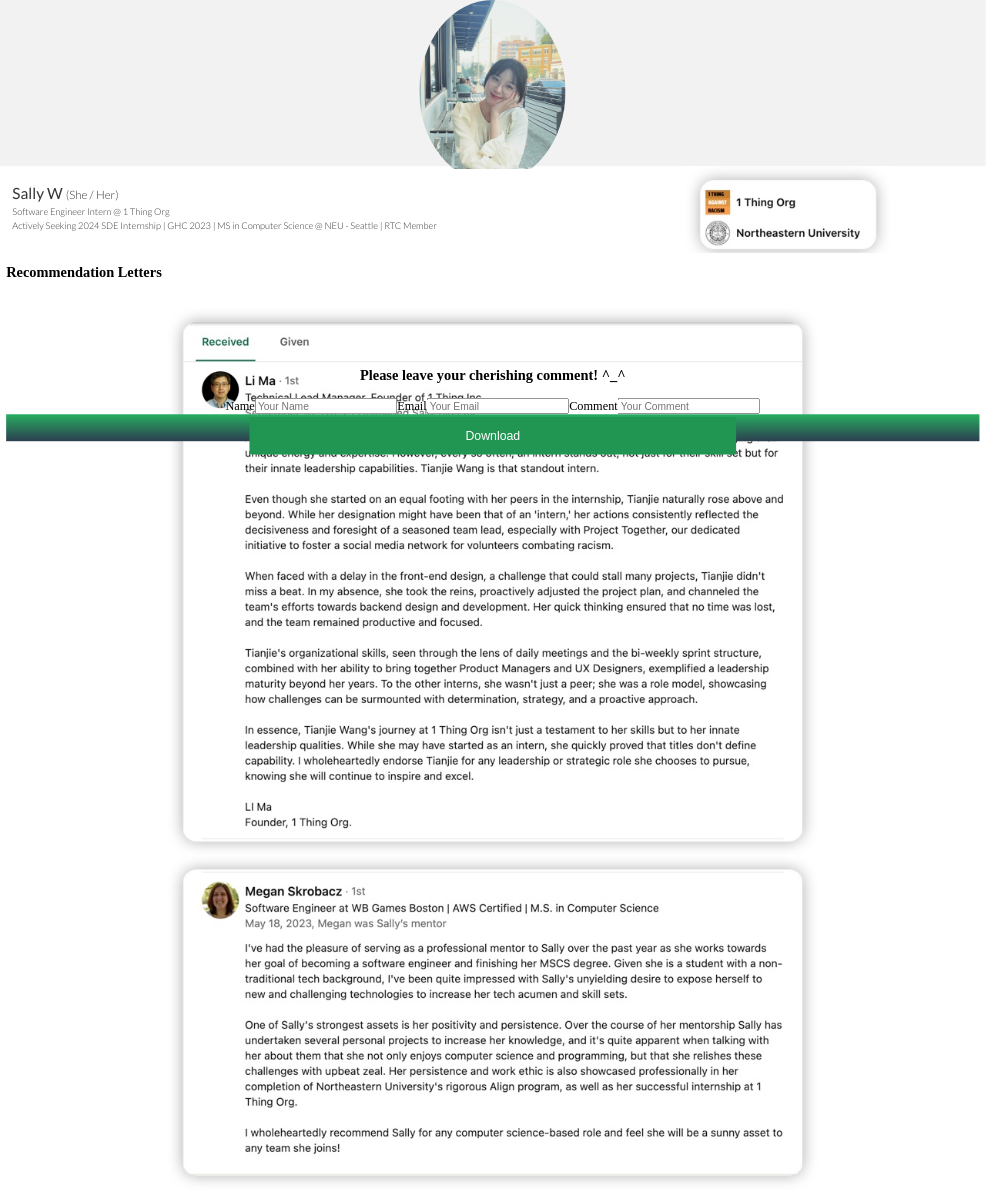
Repository: tianjiewang2022/digital-namecard
Page: recommendation_page.html
These files come from the project's save history. The page is drawn as it stood at one moment and after the next save; the edit follows.
The browser window is 1280 px wide. The pictures show the whole page, at 77% of full size.
Some web fonts or font styles are not loaded; a fallback is used.

Above is the page before, as saved 2023-10-16 01:47:06.

### recommendation_page.html
<!DOCTYPE html>
<html>

    <head>
        <link rel="stylesheet" href="main.css">
        <link href='https://fonts.googleapis.com/css?family=Lato:200,300,400,700' rel='stylesheet' type='text/css'>
        <link href="https://fonts.googleapis.com/css?family=Muli:200,300" rel="stylesheet">
        <meta name="viewport" content="width=device-width, initial-scale=1, shrink-to-fit=no">
    </head>

    <body>
        <section class="bg-color-grey banner">
            <div class="container">
                <div class="row">
                    <div class="col"></div>
                    <div class="col is-5">
                        <img class="profile-pic" src="E4CDA194-B414-4D9C-A781-2C7693C33BDE.JPG" alt="Profile Picture">
                    </div>
                    <div class="col"></div>
                </div>
            </div>
        </section>

        <section class="bg-color-white primary-info">
            <div class="container">
                <div class="row name-title-company">
                    <div class="col is-6">
                        <p class="text-name">Sally W <span>(She / Her)</span></p>
                        <p class="text-title-company">Software Engineer Intern @ 1 Thing Org</p>
                        <p class="text-title-company">Actively Seeking 2024 SDE Internship | GHC 2023 | MS in Computer
                            Science @ NEU - Seattle | RTC Member</p>
                    </div>
                    <div class="col">
                        <img src="iShot_2023-09-12_11.27.03.jpg" alt="Company Logo">
                    </div>
                </div>
            </div>
        </section>
        <section class="bg-color-white secondary-info">
            <div class="container">
                <h3>Recommendation Letters</h3>
            </div>
        </section>

        <section class="bg-color-white secondary-info">
            <div class="image-container">
                <img src="Recommendation_Manager.jpg" alt="Recommendation from Manager">
                <img src="Recommendation_Mentor.jpg" alt="Recommendation from Mentor">
            </div>
        </section>

        <section class="bg-color-white secondary-info">
            <div class="container table-container">
                <h3>Please leave your cherishing comment! ^_^</h3>
                <table>
                    <label for="name">Name</label>
                    <input type="text" id="name" name="name" placeholder="Your Name">

                    <label for="email">Email</label>
                    <input type="email" id="email" name="email" placeholder="Your Email">

                    <label for="message">Comment</label>
                    <input type="text" id="message" name="message" placeholder="Your Comment">

                    <button type="submit">Submit</button>
                </table>
            </div>
        </section>

        <section class="bg-color-white bottom">
            <div class="container">
                <div class="row">
                    <div class="col"></div>
                    <div class="col is-5">
                        <div class="button">
                            <a href="user.vcf">
                                <p class="button">Download</p>
                            </a>
                        </div>
                    </div>
                    <div class="col"></div>
                </div>
            </div>
        </section>

    </body>

</html>

### main.css
html,
body {
	height: 100%;
	width: 100%;
	margin: 0;
	justify-content: center;
}

section {
	display: block;
	padding-left: 0.5rem;
	padding-right: 0.5rem;
	height: auto;
}

p {
	margin: 0.25rem !important;
}

a {
	text-decoration: none;
}

img {
	display: block;
	margin-left: auto;
	margin-right: auto;
	max-height: 100%;
	max-width: 100%;
	height: auto;
	width: auto;
	object-fit: contain;
}

img.profile-pic {
	height: 30%;
	width: 30%;
	object-fit: cover;
	border-radius: 50%;
}

.container {
	margin: 0 auto;
	position: relative;
	height: 100%;
}

.row {
	display: flex;
	justify-content: center;
	align-items: center;
	flex-wrap: nowrap;
	flex-direction: row;
	position: relative;
	height: 100%;
	width: 100%;
}

.col {
	display: block;
	flex-basis: 0;
	flex-grow: 1;
	flex-shrink: 1;
	margin: 0;
	padding: 0.25rem;
	max-width: 100%;
	max-height: 100%;
	overflow: auto;
}

.col.is-1 {
	flex: none;
	width: 10%;
}

.col.is-2 {
	flex: none;
	width: 20%;
}

.col.is-3 {
	flex: none;
	width: 30%;
}

.col.is-4 {
	flex: none;
	width: 40%;
}

.col.is-5 {
	flex: none;
	width: 50%;
}

.col.is-6 {
	flex: none;
	width: 60%;
}

.col.is-7 {
	flex: none;
	width: 70%;
}

.col.is-8 {
	flex: none;
	width: 80%;
}

.col.is-9 {
	flex: none;
	width: 90%;
}

.col.is-10 {
	flex: none;
	width: 100%;
}

.name-title-company {
	height: 100%;
}

.banner {
	height: 30%;
}

.primary-info {
	height: 15%;
}

.secondary-info {
	height: 8%;
}

.bg-color-grey {
	background-color: #F2F2F2;
}

.bg-color-white {
	background-color: white;
}

.text-name {
	font-family: 'Lato', sans-serif;
	font-weight: 400;
	color: #333333;
	font-size: 20px;
}

.text-name span {
	font-family: 'Lato', sans-serif;
	font-weight: 200;
	color: #333333;
	font-size: 15px;
}

.text-title-company {
	font-family: 'Lato', sans-serif;
	font-weight: 200;
	color: #333333;
	font-size: 12px;
}

.text-detail {
	font-family: 'Lato', sans-serif;
	font-weight: 300;
	color: #575757;
	font-size: 12px;
}


.button {
	height: 23%;
	background-color: #219653;
	height: 48px;
	padding-left: 24px padding-right: 24px;
	text-align: center;
	vertical-align: middle;
	line-height: 48px;
	font-family: 'Muli', sans-serif;
	color: white;
	font-weight: 300;
}

@media screen and (max-width: 600px) {
	img.profile-pic {
		height: 60%;
		width: 60%;
	}
}

@media screen and (max-width: 480px) {
	img.profile-pic {
		height: 80%;
		width: 80%;
	}
}

.table-container {
	margin: 0 auto;
	/* This centers the container horizontally */
	text-align: center;
	/* This centers the contents of the container */
}


/* CSS for the Submit button */
button {
	width: 100%;
	background: linear-gradient(to bottom, #27ae60, #2c3e50);
	color: white;
	border: none;
	padding: 10px;
	cursor: pointer;
}

/* CSS for button hover effect */
button:hover {
	cursor: pointer;
}

table {
	width: 100%;
	justify-content: center;
	border-collapse: collapse;
	margin-top: 10px;
}

th,
td {
	border: 1px solid #ccc;
	padding: 10px;
	text-align: center;
}

th {
	background-color: #f2f2f2;
}

After the next save:
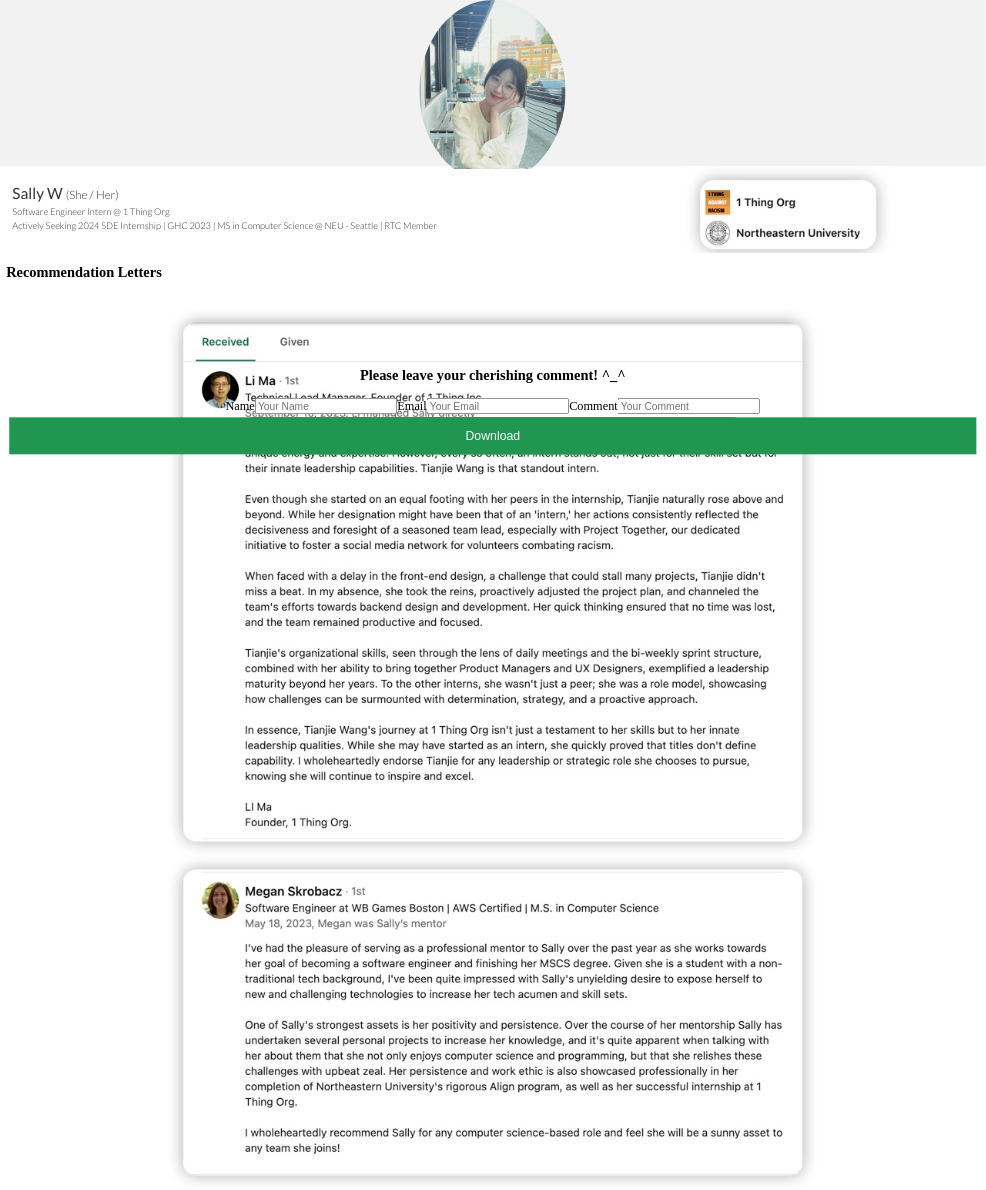
Saved 48 s later.
--- a/recommendation_page.html
+++ b/recommendation_page.html
@@ -62,7 +62,8 @@
                     <label for="message">Comment</label>
                     <input type="text" id="message" name="message" placeholder="Your Comment">
 
-                    <button type="submit">Submit</button>
+                    <!-- <button type="submit">Submit</button> -->
+                    <p class="button">Submit</p>
                 </table>
             </div>
         </section>

After the save that followed:
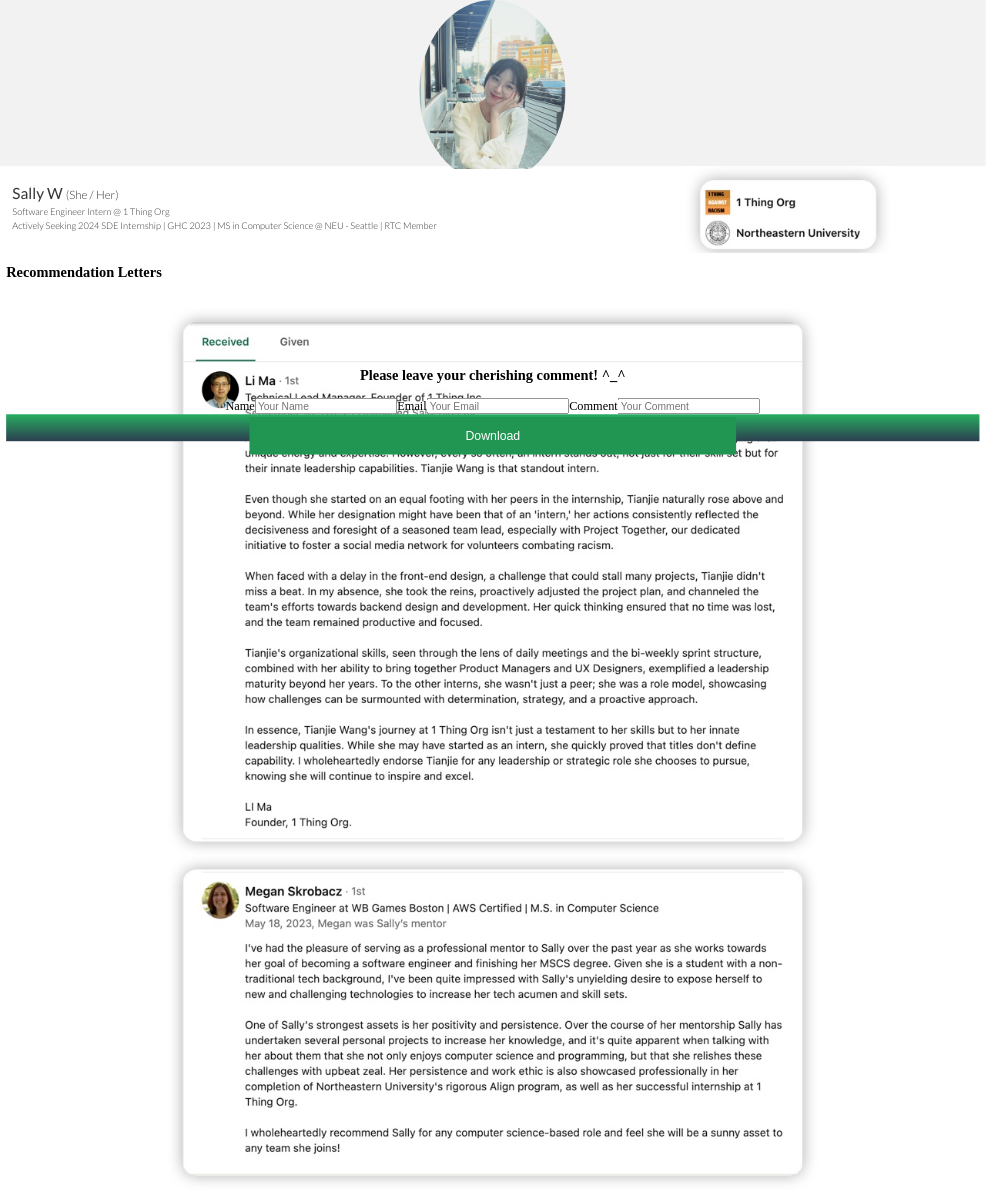
Saved 13 s later.
--- a/recommendation_page.html
+++ b/recommendation_page.html
@@ -62,8 +62,7 @@
                     <label for="message">Comment</label>
                     <input type="text" id="message" name="message" placeholder="Your Comment">
 
-                    <!-- <button type="submit">Submit</button> -->
-                    <p class="button">Submit</p>
+                    <button type="submit">Submit</button>
                 </table>
             </div>
         </section>
